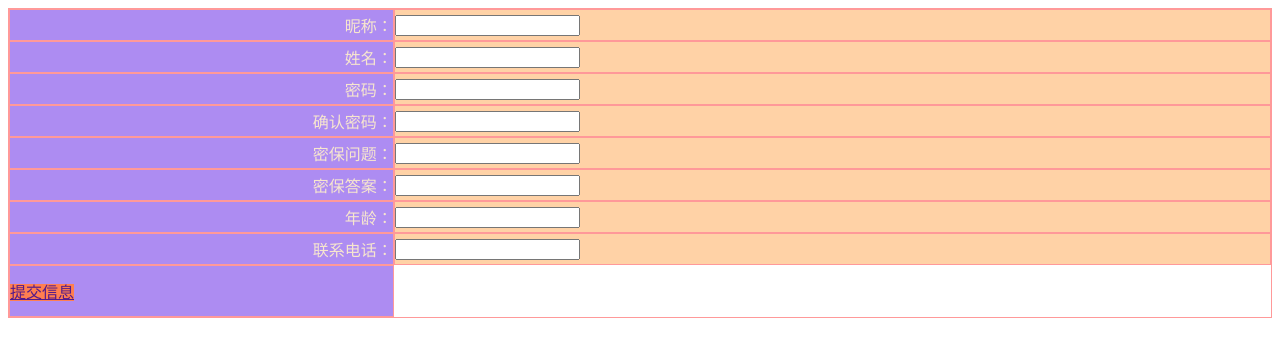
Repository: ljx1197678031/Wed-Design
Page: practice/2.html
These files come from the project's save history. The page is drawn as it stood at one moment and after a run of saves; the edit follows.
The browser window is 1280 px wide. The pictures show the whole page.

Above is the page before, as saved 2020-06-03 16:35:30.

### practice/2.html
<!DOCTYPE html>
<html lang="en">
<head>
    <meta charset="UTF-8">
    <meta name="viewport" content="width=device-width, initial-scale=1.0">
    <title>Document</title>

    <style>
        table td:nth-of-type(odd){
            background: #AD8CF2;
            color:rgb(247, 230, 206);
        }
        table td:nth-of-type(even){
            background: #FFD2A6;
        }
        @-webkit-keyframes 'buttonLight' {
            form {
                background: rgba(96,203,27,0.5);
                -webkit-box-shadow:0 0 5px reba(255,255,255,0.3) inset,
                0 0 3px regb(220 120 200 0.5);
                color: red;
            }
            25% {
                background: rgba(196,203,27,0.8);
                -webkit-box-shadow:0 0 10px reba(255,155,255,0.5) inset,
                0 0 8px regb(120 120 200 0.8);
                color:blue;
            }
            50% {
                background: rgba(196,203,127,1);
                -webkit-box-shadow:0 0 5px reba(155,255,255,0.3) inset,
                0 0 3px regb(220 120 100 1);
                color:orange;
            }
            75% {
                background: rgba(196,203,27,0.8);
                -webkit-box-shadow:0 0 10px reba(255,155,255,0.5) inset,
                0 0 8px regb(120 120 200 0.5);
                color: black;
            }
            to {
                background:rgba(96,203,27,0.5);
                -webkit-box-shadow:0 0 5px reba(255,255,255,0.3) inset,
                0 0 3px regb(220 120 200 0.5);
                color:green;
            }
        }
        a.btn{
            background-color: coral;
            font-size: 16px;
            padding
        }
    </style>

</head>
<body>
    <form action="#" method="post">
        <table border="1" width="100%" cellpadding="0" cellspacing="0"
            bordercolor="#FF9999" bordercolordark="#0033FF"
            bordercolorlight="#CC99FF">
            <tr>
                <td align="right" height="30px">昵称：</td>
                <td><input name="nickname" type="text"/></td>
            </tr>
            <tr>
                <td align="right" height="30px">姓名：</td>
                <td><input name="nickname" type="text"/></td>
            </tr>
            <tr>
                <td align="right" height="30px">密码：</td>
                <td><input name="nickname" type="text"/></td>
            </tr>
            <tr>
                <td align="right" height="30px">确认密码：</td>
                <td><input name="nickname" type="text"/></td>
            </tr>
            <tr>
                <td align="right" height="30px">密保问题：</td>
                <td><input name="nickname" type="text"/></td>
            </tr>
            <tr>
                <td align="right" height="30px">密保答案：</td>
                <td><input name="nickname" type="text"/></td>
            </tr>
            <tr>
                <td align="right" height="30px">年龄：</td>
                <td><input name="nickname" type="text"/></td>
            </tr>
            <tr>
                <td align="right" height="30px">联系电话：</td>
                <td><input name="nickname" type="text"/></td>
            </tr>
            <tr>
                <td height="50px"><a href="" class="btn">提交信息</td>
            </tr>
        </table>
    </form>
</body>
</html>

After the next 7 saves:
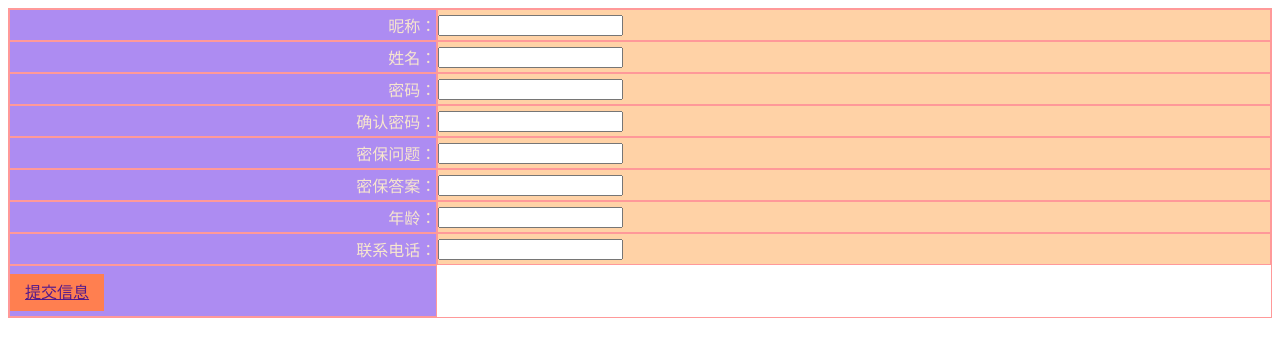
The 7 saves are shown as one change because they came seconds apart.
The last was saved 22 s later.
--- a/practice/2.html
+++ b/practice/2.html
@@ -48,7 +48,8 @@
         a.btn{
             background-color: coral;
             font-size: 16px;
-            padding
+            padding: 10px 15px;
+            color: ;
         }
     </style>
 
